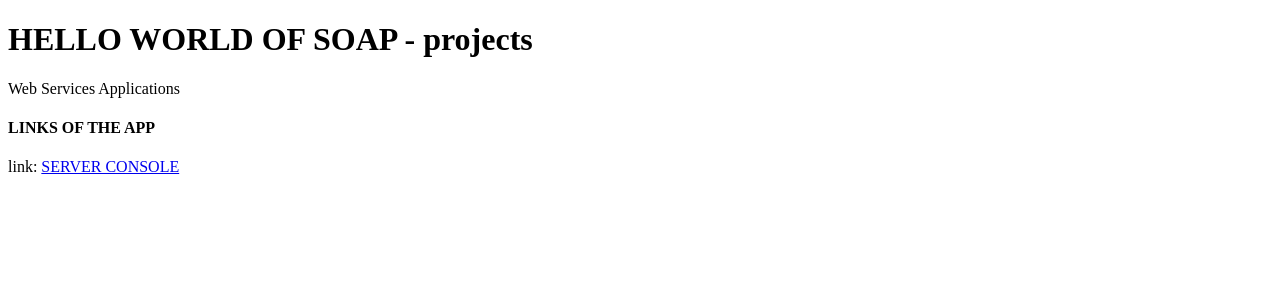
Repository: atafs/BackEnd_JAX-JAX-WS_SOAP
Page: http://localhost/Project_003_SOAP_server_ServiceAndContractFirst/
These files come from the project's save history. The page is drawn as it stood at one moment and after the next save; the edit follows.
The browser window is 1280 px wide. The pictures show the whole page.
The page is served by Tomcat 9. Other server files are loaded and not shown.

Above is the page before, as saved 2016-01-26 11:07:27.

### Project_003_SOAP_server_ServiceAndContractFirst/WebContent/index.jsp
<%@ page language="java" contentType="text/html; charset=ISO-8859-1"
    pageEncoding="ISO-8859-1"%>
<!DOCTYPE html PUBLIC "-//W3C//DTD HTML 4.01 Transitional//EN" "http://www.w3.org/TR/html4/loose.dtd">
<html>

<!-- HEADER -->
<head>
<meta http-equiv="Content-Type" content="text/html; charset=ISO-8859-1">
<title>WEB SERVICES</title>
</head>

<!-- BODY -->
<body>
	<h1>HELLO WORLD OF SOAP - projects</h1>
	<p>Web Services Applications</p>

	<!-- LINKS -->
	<h4>LINKS OF THE APP</h4>
	<p>link: <a href="http://localhost:4848/common/index.jsf">SERVER CONSOLE</a></p>
</body>
</html>

After the next save:
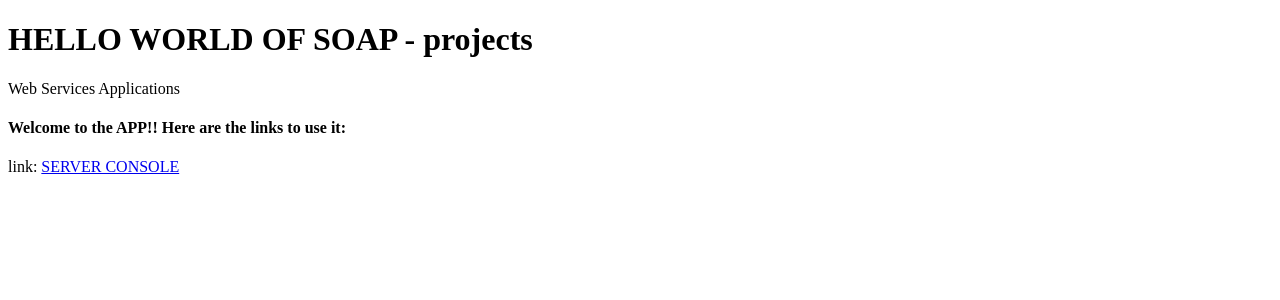
Saved 39 s later.
--- a/Project_003_SOAP_server_ServiceAndContractFirst/WebContent/index.jsp
+++ b/Project_003_SOAP_server_ServiceAndContractFirst/WebContent/index.jsp
@@ -15,7 +15,7 @@
 	<p>Web Services Applications</p>
 
 	<!-- LINKS -->
-	<h4>LINKS OF THE APP</h4>
+	<h4>Welcome to the APP!! Here are the links to use it: </h4>
 	<p>link: <a href="http://localhost:4848/common/index.jsf">SERVER CONSOLE</a></p>
 </body>
 </html>
